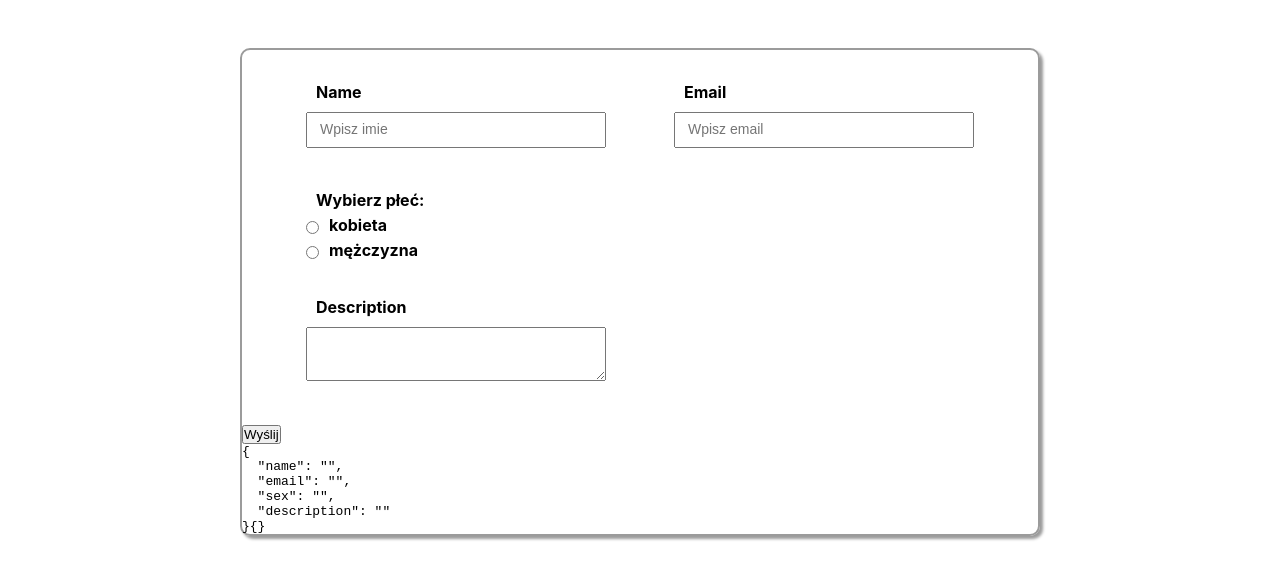
Repository: KrzysKolo/sr_tydzien4_zad3
Page: /
The author's editor kept a copy of each file at every save. The page is drawn from the files as they stood at one save, then again after the next save.
The browser window is 1280 px wide. The pictures show the whole page.
The project was rebuilt for these pictures with package versions that can differ from the ones it lists, and the page was loaded fresh each time. Also part of the build but not shown: src/components/FormComponents/TextError.js.

Above is the page before, as saved 2020-11-19 13:46:54.

### src/App.js
import React from 'react';
import './App.css';
import FormikContainer from './components/Formik/FormikContainer';
const App = () => {
  return (
    <main className="App">
      <FormikContainer />
    </main>
   );
}

export default App;

### src/App.css
* {
  margin: 0;
  padding: 0;
  box-sizing: border-box;
}
.form-wrapper {
  margin: 3rem auto;
  width: 800px;
  border: 2px solid rgb(155, 155, 155);
  border-radius: 10px;
  box-shadow: 3px 3px 3px rgb(155, 155, 155);
}
.section {
  display: flex;
  flex-direction: row;
  margin: 2rem 4rem;
  justify-content: space-between;
}
label {
  font-weight: bold;
  display: flex;
  margin-bottom: 5px;
  margin-left: 10px;
}
input[type="text"],
input[type="email"],
textarea {
  display: block;
  width: 300px;
  padding: 6px 12px;
  font-size: 14px;
  line-height: 1.4285;
  color: #555;
  margin: 10px 0;
}

.error {
  color: red;
}
.row {
  display: flex;
  flex-direction: row;
  align-items: center;
}

### src/components/Formik/FormikContainer.js
import React from 'react';
import { Formik, Form } from 'formik';
import * as yup from 'yup';
import FormikControl from './FormikControl';
import RadioOptions from './../../data/RadioOptions';

const FormikContainer = () => {
    const initialValues = {
        name: '',
        email: '',
        sex: '',
        description: '',
    }

    const validationSchema = yup.object({
        name: yup.string().required("Imię jest obowiązkowe!").min(2,"Twóje imię musi mieć więcej niż 2 znaki!").max(30,'Twoje imię może mieć maxymalnie 30 znaków!'),
        email: yup.string().required("Email jest wymagany").email("Adres zawiera błędy"),
        sex: yup.string().required('Zaznacz jedną wartość'),
        description: yup.string().required('Wpisz kilka słów').min(2, "Wpisz co najmniej 2 znaki").max(250, "Możesz wpisać max. 250 znaków"),
    });

    const onSubmit = values => {console.log('Form data: ', values)};
    return (
        <Formik
            initialValues={initialValues}
            validationSchema={validationSchema}
            onSubmit={onSubmit}
        >
            { ({formik, values, errors}) => (
                <Form className="form-wrapper">
                    <section className="section">
                        <FormikControl control='input' type='text' label='Name' name='name' placeholder="Wpisz imie"/>
                        <FormikControl control='input' type='email' label='Email' name='email' placeholder="Wpisz email"/>
                    </section>
                    <section className="section">
                        <FormikControl control='radio' label='Wybierz płeć: ' name='sex' options={RadioOptions}/>
                    </section>
                    <section className="section">
                        <FormikControl control='textarea' label='Description' name='description'/>
                    </section>
                    <button type="submit">Wyślij</button>
                    <pre>
                        {JSON.stringify(values, null, 2)}
                        {JSON.stringify(errors, null, 2)}

                    </pre>

                </Form>
            )

            }

        </Formik>
    )
}
export default FormikContainer;

### src/components/Formik/FormikControl.js
import Input from './../FormComponents/Input';
import Radio from './../FormComponents/Radio';
import TextArea from './../FormComponents/TextArea';

const FormikControl = (props) => {
    const { control, ...rest } = props;
    switch(control) {
        case 'input': return <Input {...rest} />
        case 'radio': return <Radio {...rest} />
        case 'textarea': return <TextArea {...rest} />
        default: return null
    }
}

export default FormikControl;

### src/data/RadioOptions.js
const RadioOptions=[
    { id: 0, value: "kobieta", label: 'kobieta' },
    { id: 1, value: "mężczyzna", label: 'mężczyzna' },
   ];
export default RadioOptions;

### src/components/FormComponents/Input.js
import React from 'react';
import{ Field, ErrorMessage } from 'formik';
import TextError from './TextError';

const Input = (props) => {
    const { label, name, ...rest } = props;
    return (
        <div className="form-control">
             <label htmlFor={name}>{label}</label>
            <Field id={name} name={name} {...rest} />
            <ErrorMessage name={name} component={TextError} />
        </div>
     );
}

export default Input;

### src/components/FormComponents/Radio.js
import React from 'react';
import{ Field, ErrorMessage } from 'formik';
import TextError from './TextError';

const Radio = (props) => {
    const { label, name, options, ...rest } = props;
    return (
        <div className="form-control">
            <label htmlFor={name}>{label}</label>
            <div className="radio-row">
                <Field name={name} {...rest}>
                    {
                    ({ field }) => {
                        return options.map(option => {
                            return (
                                <div className="row" key={option.id} >
                                    <input type='radio' id={option.id} {...field} value={option.value} checked={field.value === option.value}/>
                                    <label htmlFor={option.id}>{option.label}</label>
                                </div>
                            )
                        })
                    }
                    }
                </Field>
            </div>
            <ErrorMessage name={name} component={TextError} />
        </div>
     );
}

export default Radio;

### src/components/FormComponents/TextArea.js
import React from 'react';
import{ Field, ErrorMessage } from 'formik';
import TextError from './TextError';

const TextArea = (props) => {
    const { label, name, ...rest } = props;
    return (
        <div className="form-control">
            <label htmlFor={name}>{label}</label>
            <Field as ='textarea' id={name} name={name} {...rest} />
            <ErrorMessage name={name} component={TextError} />
        </div>
     );
}

export default TextArea;

Loaded but not shown: public/index.html (common file); src/index.js (common file); src/index.css (common file)

After the next save:
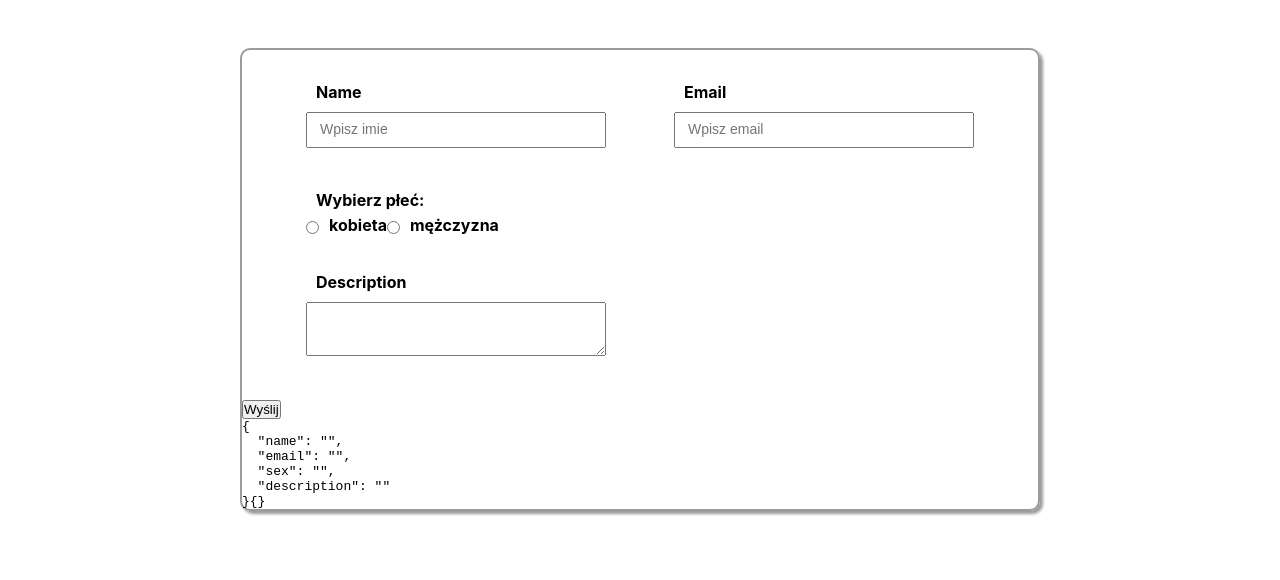
Saved 30 s later.
--- a/src/components/FormComponents/Radio.js
+++ b/src/components/FormComponents/Radio.js
@@ -7,7 +7,7 @@ const Radio = (props) => {
     return (
         <div className="form-control">
             <label htmlFor={name}>{label}</label>
-            <div className="radio-row">
+            <div className="row">
                 <Field name={name} {...rest}>
                     {
                     ({ field }) => {
